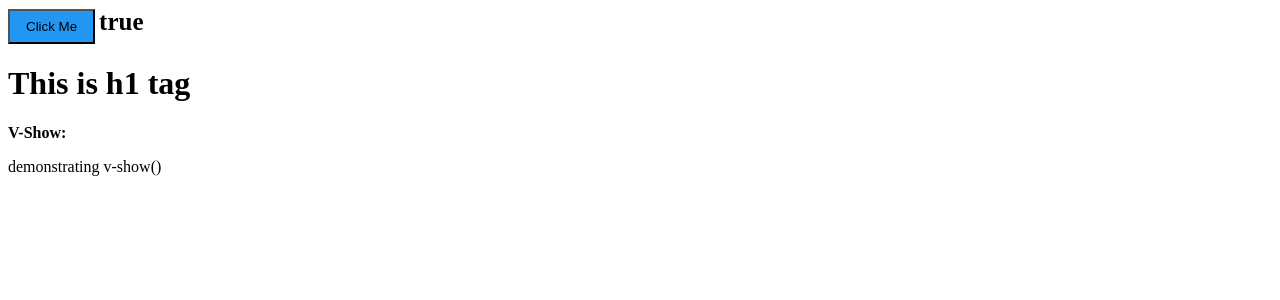
Repository: MeghaNagari/PracticeAtVMC
Page: Practice/VuePractice/WebContent/ConditionalRendering.html
The author's editor kept a copy of each file at every save. The page is drawn from the files as they stood at one save, then again after the next save.
The browser window is 1280 px wide. The pictures show the whole page.
Some web libraries are served in a nearby version.

Above is the page before, as saved 2018-03-19 18:33:28.

### Practice/VuePractice/WebContent/ConditionalRendering.html
<!DOCTYPE html>
<html>
<head>
<meta charset="UTF-8">
<title>Insert title here</title>
<script src="https://cdn.jsdelivr.net/npm/vue@2.5.16/dist/vue.js"></script>

</head>
<body>
 <div id = "test1">
         <button v-on:click = "showdata" v-bind:style = "styleobj">Click Me</button>
         <span style = "font-size:25px;"><b>{{show}}</b></span>
         <h1 v-if = "show">This is h1 tag</h1>
         <h2 v-else>This is h2 tag</h2>
         <div v-show = "show">
            <b>V-Show:</b>
            <p>demonstrating v-show()</p>
         </div>
      </div>
</body>
<script>


var vm = new Vue({
    el: '#test1',
    data: {
       show: true,
       styleobj: {
          backgroundColor: '#2196F3!important',
          cursor: 'pointer',
          padding: '8px 16px',
          verticalAlign: 'middle',
       }
    },
    methods : {
       showdata : function() {
          this.show = !this.show;
       }
    },
 });


</script>
</html>

After the next save:
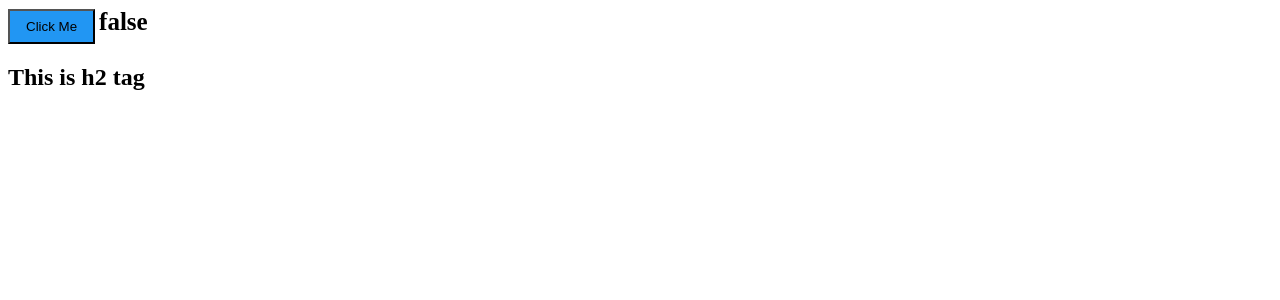
Saved 23 s later.
--- a/Practice/VuePractice/WebContent/ConditionalRendering.html
+++ b/Practice/VuePractice/WebContent/ConditionalRendering.html
@@ -24,7 +24,7 @@
 var vm = new Vue({
     el: '#test1',
     data: {
-       show: true,
+       show: false,
        styleobj: {
           backgroundColor: '#2196F3!important',
           cursor: 'pointer',

After the save that followed:
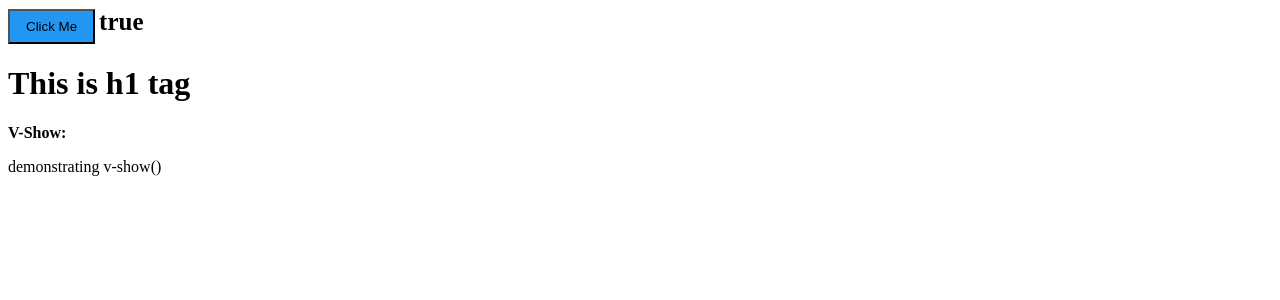
Saved 13 s later.
--- a/Practice/VuePractice/WebContent/ConditionalRendering.html
+++ b/Practice/VuePractice/WebContent/ConditionalRendering.html
@@ -24,7 +24,7 @@
 var vm = new Vue({
     el: '#test1',
     data: {
-       show: false,
+       show: true,
        styleobj: {
           backgroundColor: '#2196F3!important',
           cursor: 'pointer',
